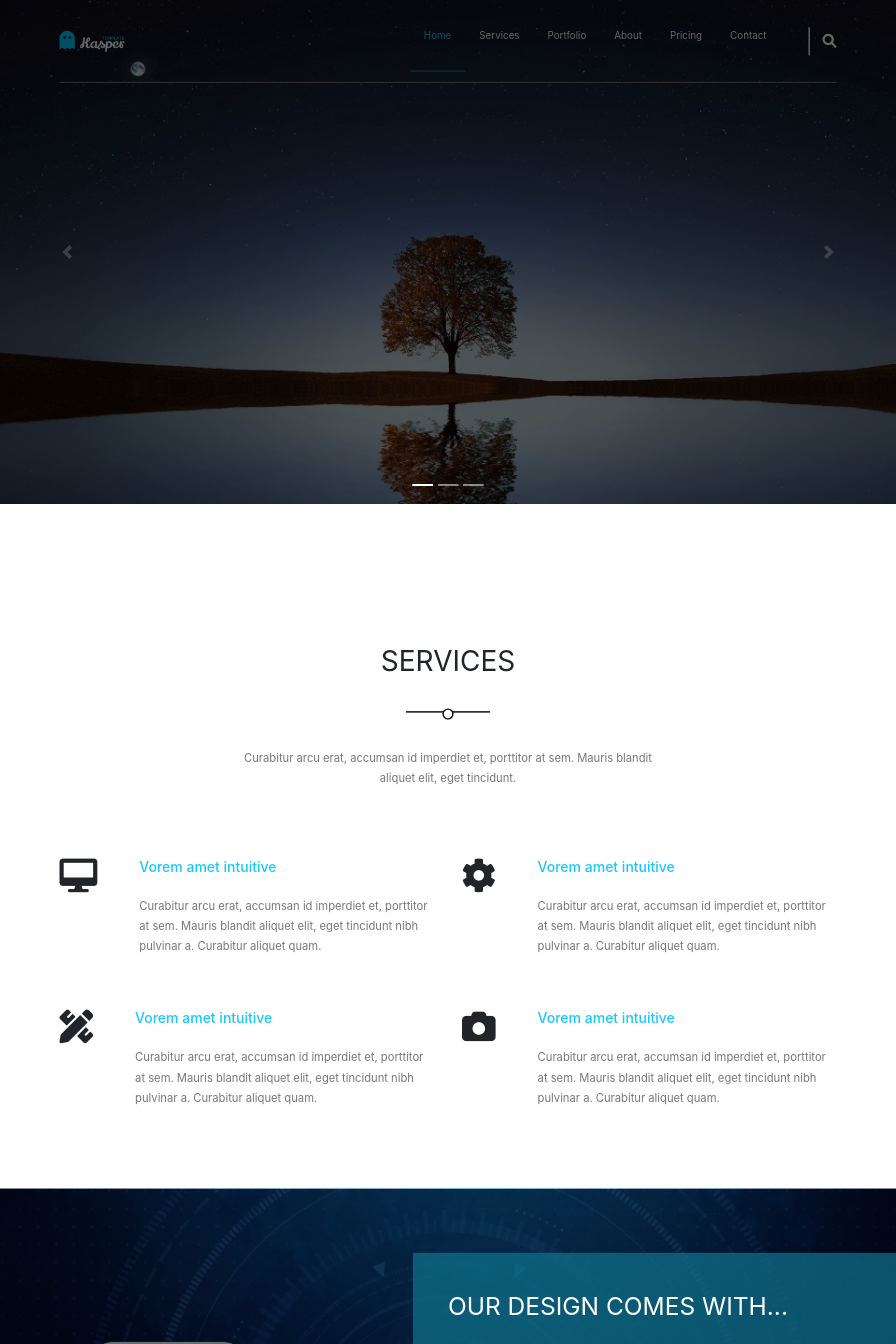
Repository: mariamnabil23/templateTwo
Page: index.html
The author's editor kept a copy of each file at every save. The page is drawn from the files as they stood at one save, then again after the next save.
The browser window is 1280 px wide. The pictures show the part of the page from y = 0 to 1920 px (the page is 9922 px tall), at 70% of full size.
A picture or video elsewhere on the page could not be fetched, so the positions and the page height are approximate.

Above is the page before, as saved 2024-07-07 14:27:15.

After the next save:
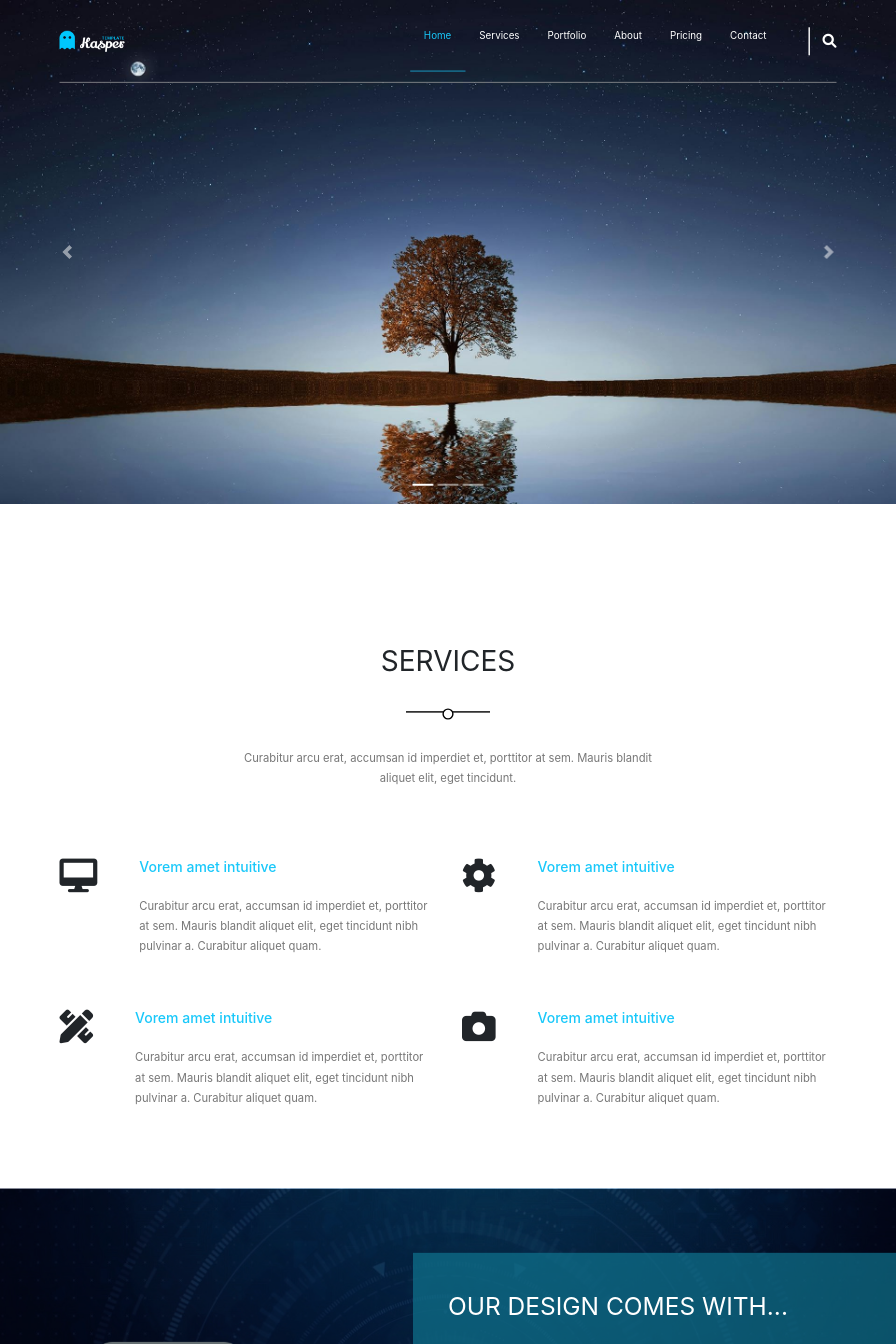
Saved 99 s later.
--- a/index.html
+++ b/index.html
@@ -42,7 +42,7 @@
 
     <!--Start Landing-->
     <div class="landing" id="landing">
-        <div class="overlay"> </div>      <!--طبقة شفافة علي الخلفية-->
+
         <!-- <div class="text">
             <div class="content">
                 <h2>Hello World!<br>

After the save that followed:
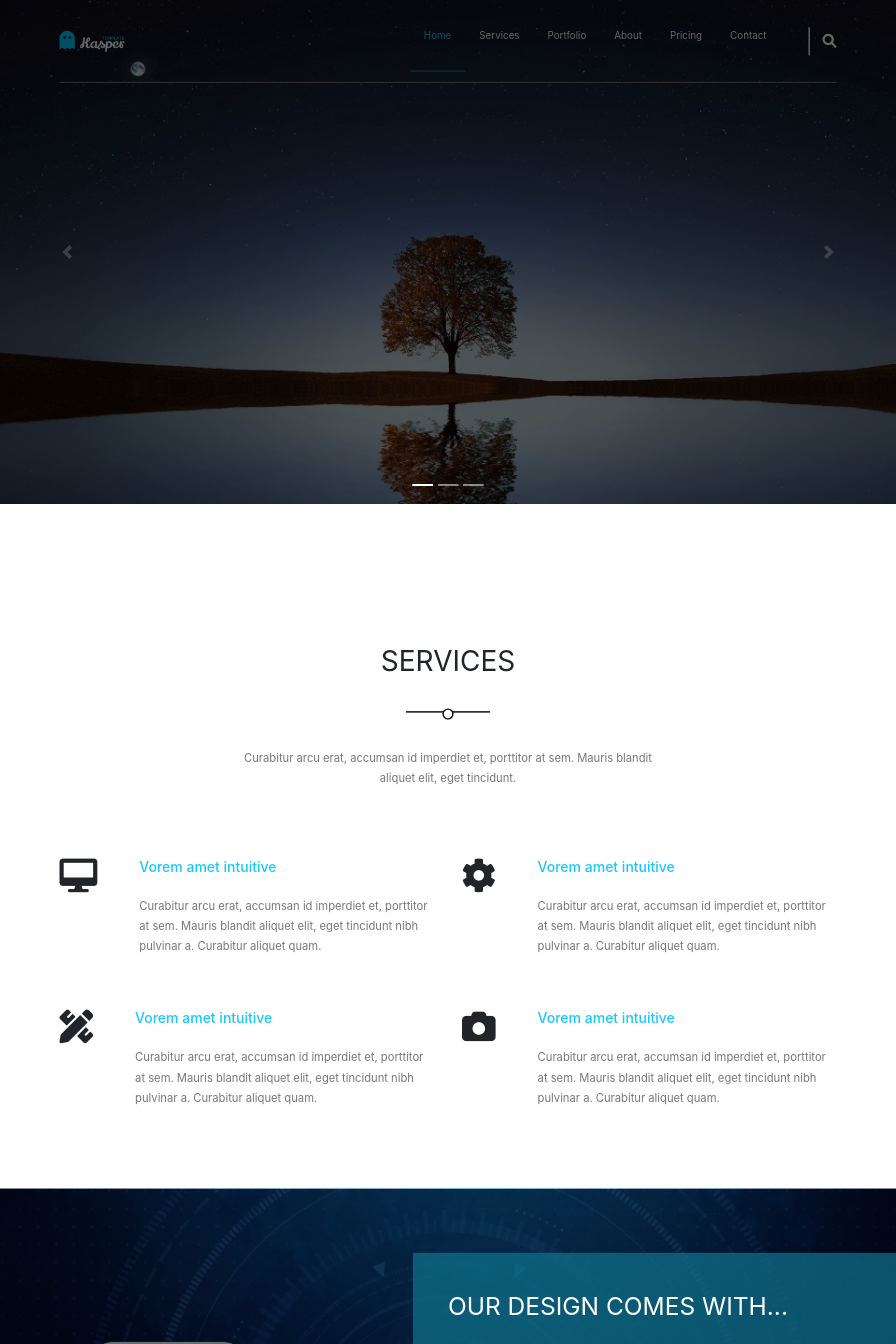
Saved 5 s later.
--- a/index.html
+++ b/index.html
@@ -91,7 +91,7 @@
           </a>
         </div>
 
-
+        <div class="overlay"> </div>      <!--طبقة شفافة علي الخلفية-->
     </div>
     <!--End Landing-->
 
